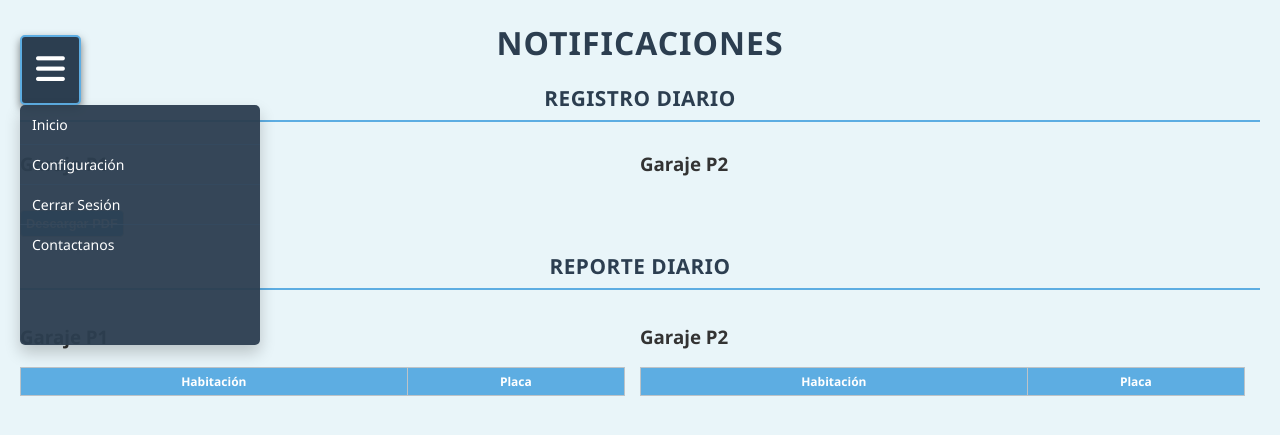
Repository: EddyWebz/base-datos
Page: privado/report.html
These files come from the project's save history. The page is drawn as it stood at one moment and after the next save; the edit follows.
The browser window is 1280 px wide. The pictures show the whole page.
After loading, the first visible `button.menu-icon` was clicked once.
The page's requests for data from a server got no answer.

Above is the page before, as saved 2024-08-29 19:33:32.

### privado/report.html
<!DOCTYPE html>
<html lang="es">
<head>
    <meta charset="UTF-8">
    <meta name="viewport" content="width=device-width, initial-scale=1, maximum-scale=1, user-scalable=no"> <!-- Desactiva el zoom -->
    <title>Notificaciones y Reportes de Vehículos</title>
    <!-- Vinculación al archivo CSS de notificaciones -->
    <link rel="apple-touch-icon" sizes="180x180" href="/ico.rep/apple-touch-icon.png">
    <link rel="icon" type="image/png" sizes="32x32" href="/ico.rep/favicon-32x32.png">
    <link rel="icon" type="image/png" sizes="16x16" href="/ico.rep/favicon-16x16.png">
    <link rel="manifest" href="/ico.rep/site.webmanifest">
    <link rel="stylesheet" href="/notif.css">
    <!-- Iconos de Font Awesome -->
    <link rel="stylesheet" href="https://cdnjs.cloudflare.com/ajax/libs/font-awesome/6.0.0-beta3/css/all.min.css">
    <script src="https://cdnjs.cloudflare.com/ajax/libs/html2pdf.js/0.9.2/html2pdf.bundle.min.js"></script>
</head>
<body>
    <!-- Menú desplegable -->
    <div class="dropdown-menu">
        <button class="menu-icon">
            <i class="fas fa-bars"></i> <!-- Ícono de Font Awesome -->
        </button>
        <div class="dropdown-content">
            <a href="#" id="home-link">Inicio</a>
            <a href="#" id="home-link">Configuración</a>
            <a href="#" id="logout-button">Cerrar Sesión</a>
            <a href="#" id="home-link">Contactanos</a>
        </div>
    </div>

    <!-- Encabezado de la página -->
    <header>
        <h1>Notificaciones</h1>
    </header>

    <!-- Sección de Notificaciones Activas -->
    <section id="notificaciones">
        <h2>Registro Diario</h2>
        <div class="notificaciones-garajes">
            <div class="garaje">
                <h3>Garaje P1</h3>
                <div id="notificaciones-contenedor-P1" class="notificaciones-contenedor">
                    <!-- Las notificaciones dinámicas de P1 se insertarán aquí -->
                </div>
            </div>
            <div class="garaje">
                <h3>Garaje P2</h3>
                <div id="notificaciones-contenedor-P2" class="notificaciones-contenedor">
                    <!-- Las notificaciones dinámicas de P2 se insertarán aquí -->
                </div>
            </div>
        </div>
    </section>

    <!-- Sección de Reportes -->
    <form id="form-reporte">
        <!-- Botón de Imprimir -->
        <button type="button" id="btn-imprimir">Descargar PDF</button>
    </form>
    <h2>Reporte Diario</h2>

    <div class="reportes-garajes" id="Imprimir">
        <div class="garaje">
            <h3>Garaje P1</h3>
            <table id="tabla-reporte-P1" class="compact-table">
                <thead>
                    <tr>
                        <th>Habitación</th>
                        <th>Placa</th>
                    </tr>
                </thead>
                <tbody>
                    <!-- Las filas de datos se insertarán dinámicamente aquí -->
                </tbody>
            </table>
        </div>

        <div class="garaje">
            <h3>Garaje P2</h3>
            <table id="tabla-reporte-P2" class="compact-table">
                <thead>
                    <tr>
                        <th>Habitación</th>
                        <th>Placa</th>
                    </tr>
                </thead>
                <tbody>
                    <!-- Las filas de datos se insertarán dinámicamente aquí -->
                </tbody>
            </table>
        </div>
    </div>

    <!-- Vinculación al archivo JavaScript de notificaciones y reportes -->
    <script src="/report.js"></script>
</body>
</html>

### BASE-2/notif.css
/* Estilos Generales */
body {
    font-family: 'Segoe UI', Tahoma, Geneva, Verdana, sans-serif;
    background-color: #e9f5f9; /* Un fondo azul claro suave */
    color: #333;
    margin: 20px;
    padding: 0;
    box-sizing: border-box;
}

/* Encabezado */
header h1 {
    text-align: center;
    color: #2c3e50;
    font-size: 2em;
    margin-bottom: 20px;
    text-transform: uppercase;
    letter-spacing: 1px;
    animation: fadeIn 1s ease-in-out;
}

/* Estilo unificado para h2 */
h2 {
    color: #2c3e50; /* Un color azul oscuro */
    font-size: 1.3em; /* Tamaño de fuente ajustado */
    font-weight: bold;
    text-align: center; /* Centrar los títulos */
    margin-top: 15px;
    margin-bottom: 15px;
    padding-bottom: 8px;
    border-bottom: 2px solid #5dade2; /* Añadir un borde inferior para separar visualmente */
    letter-spacing: 0.5px;
    text-transform: uppercase; /* Convertir a mayúsculas para consistencia */
    animation: fadeIn 1s ease-in-out;
}

/* Sección de Notificaciones */
#notificaciones h2 {
    margin-bottom: 10px;
    animation: fadeIn 1s ease-in-out;
}

.notificaciones-garajes {
    display: flex;
    justify-content: space-between; /* Permite que los contenedores de garaje ocupen todo el ancho */
}

.garaje {
    flex: 1;
    margin-right: 15px; /* Reducir espacio entre columnas de garajes */
}

.notificaciones-contenedor {
    display: flex;
    flex-direction: column;
    gap: 3px; /* Reducir el espacio entre notificaciones */
    animation: slideInUp 0.5s ease-in-out;
}

.notificacion {
    background-color: #ffffff;
    border-left: 3px solid #5dade2; /* Azul suave para el borde */
    padding: 3px; /* Reducir padding interno */
    box-shadow: 0 2px 4px rgba(0, 0, 0, 0.1);
    border-radius: 4px;
    width: 100%;  /* Ocupa todo el ancho disponible */
    transition: transform 0.3s ease, box-shadow 0.3s ease;
    cursor: pointer;
    font-size: 0.9em; /* Reducir tamaño de la fuente */
}

.notificacion:hover {
    transform: translateY(-2px);
    box-shadow: 0 4px 6px rgba(0, 0, 0, 0.15);
}

/* Botón Descargar PDF */
button {
    padding: 8px 16px; /* Reducir tamaño del botón */
    background-color: #3498db;
    border: none;
    border-radius: 5px;
    color: white;
    font-weight: bold;
    cursor: pointer;
    transition: background-color 0.3s ease;
    margin-top: 15px; /* Agregar margen superior para separarlo del contenido */
}

button:hover {
    background-color: #2980b9;
}

/* Sección de Reportes */
#reportes h2 {
    margin-bottom: 10px;
    animation: fadeIn 1s ease-in-out;
}

#form-reporte {
    display: flex;
    flex-wrap: wrap;
    gap: 10px;
    margin-bottom: 10px;
}

#form-reporte input, #form-reporte button {
    padding: 5px;
    border-radius: 4px;
    border: 1px solid #bdc3c7;
    font-size: 0.8em;
}

#form-reporte button {
    background-color: #3498db; /* Azul suave para el botón */
    color: #ffffff;
    cursor: pointer;
    transition: background-color 0.3s ease, transform 0.3s ease;
}

#form-reporte button:hover {
    background-color: #2980b9; /* Azul más oscuro al pasar el ratón */
    transform: translateY(-2px);
}

/* Tablas de Reportes */
.reportes-garajes {
    display: flex;
    justify-content: space-between; /* Permite que las tablas de garaje ocupen todo el ancho */
}

.compact-table {
    width: 100%;
    border-collapse: collapse;
    margin-bottom: 15px; /* Reducir espacio inferior */
    font-size: 0.75em; /* Reducir tamaño de la fuente */
}

.compact-table th, .compact-table td {
    border: 1px solid #bdc3c7;
    padding: 5px; /* Reducir padding */
    text-align: center;
    background-color: #f2f6f9; /* Azul claro suave */
    color: #2c3e50;
    transition: background-color 0.3s ease;
}

.compact-table th {
    background-color: #5dade2; /* Azul suave para encabezados */
    color: white;
}

.compact-table tr:nth-child(even) {
    background-color: #ecf7fa; /* Azul aún más claro */
}

.compact-table tr:hover {
    background-color: #d0e9f5; /* Color al pasar el ratón */
}

/* Estilo del menú desplegable */
.dropdown-menu {
    position: absolute;
    top: 20px;
    left: 20px;
    z-index: 1000;
}

.menu-icon {
    background-color: #2c3e50;
    color: #ffffff;
    border: 2px solid #5dade2;
    padding: 8px;
    border-radius: 5px;
    cursor: pointer;
    font-size: 18px;
    transition: padding 0.6s cubic-bezier(0.4, 0.0, 0.2, 1),
                font-size 0.6s cubic-bezier(0.4, 0.0, 0.2, 1),
                background-color 0.6s ease,
                transform 0.6s cubic-bezier(0.4, 0.0, 0.2, 1);
    box-shadow: 0 4px 8px rgba(0, 0, 0, 0.5);
    transform: rotate(0deg);
}

@media (min-width: 792px) {
    .menu-icon {
        padding: 14px;
        font-size: 33px;
    }

    .dropdown-content {
        min-width: 240px;
        min-height: 240px;
        transform: translateY(-20px); /* Mantén la posición correcta en estado inicial */
    }

    .dropdown-content a {
        padding: 15px 18px; /* Aumentar padding de los enlaces */
        font-size: px; /* Aumentar tamaño de la fuente */
    }

    .dropdown-content.show {
        opacity: 1;
        visibility: visible;
        transform: translateY(0);
        min-width: 240px; /* Mantener el tamaño correcto durante la apertura */
        min-height: 240px;
    }

    .dropdown-content.hide {
        opacity: 0;
        visibility: hidden;
        transform: translateY(-20px); /* Mantener el tamaño correcto durante la salida */
        min-width: 240px;
        min-height: 240px;
    }
}


/* Estilo del contenido desplegable con animación */
.dropdown-content, .dropdown-content.show, .dropdown-content.hide {
    transition: opacity 0.6s cubic-bezier(0.4, 0.0, 0.2, 1),
                transform 0.6s cubic-bezier(0.4, 0.0, 0.2, 1),
                visibility 0.6s;
}

.dropdown-content {
    position: absolute;
    left: 0;
    top: 100%;
    background-color: rgba(44, 62, 80, 0.95);
    box-shadow: 0px 8px 16px 0px rgba(0,0,0,0.2);
    border-radius: 5px;
    z-index: 1001;
    opacity: 0;
    visibility: hidden;
    transform: translateY(-20px);
}

.dropdown-content.show {
    opacity: 1;
    visibility: visible;
    transform: translateY(0);
}

.dropdown-content a {
    color: #ffffff;
    padding: 10px 12px;
    text-decoration: none;
    display: block;
    transition: background-color 0.4s ease;
    border-bottom: 1px solid #34495e;
    font-size: 14px;
}

.dropdown-content a:last-child {
    border-bottom: none;
}

.dropdown-content a:hover {
    background-color: #5dade2;
}

/* Animaciones */
@keyframes fadeIn {
    0% { opacity: 0; }
    100% { opacity: 1; }
}

@keyframes slideInUp {
    0% {
        transform: translateY(30px);
        opacity: 0;
    }
     100% {
        transform: translateY(0);
        opacity: 1;
    }
}

/* Estilos específicos para impresión */
@media print {
    body {
        background-color: white; /* Asegura un fondo blanco para la impresión */
        color: black; /* Asegura que el texto sea negro */
    }

    #reportes h2, #reportes h3 {
        color: black; /* Asegura que los títulos sean visibles */
        margin: 0;
        padding: 0;
    }

    #reportes table {
        width: 100%;
        border-collapse: collapse;
    }

    /* Reducir tamaño de fuente y padding en celdas */
    #reportes th, #reportes td {
        border: 1px solid #000;
        padding: 2px; /* Reducir padding para más contenido por página */
        text-align: center;
        height: 6px;
        font-size: 12px;
        background-color: white;
        color: black;
    }

    #reportes th {
        background-color: #ddd;
        color: black;
    }

    #reportes td {
        color: black;
    }

    /* Ocultar elementos no necesarios en la impresión */
    button, #form-reporte {
        display: none;
    }

    /* Ajuste para impresión en una sola página */
    #reportes {
        page-break-before: always;
    }
}

### BASE-2/report.js
document.addEventListener('DOMContentLoaded', () => {
    actualizarNotificaciones();
    generarReporteAutomatico(); // Generar el reporte automáticamente al cargar la página

    // Configurar auto-actualización cada 5 minutos para notificaciones y reporte
    setInterval(actualizarNotificaciones,  1 * 60 * 60 * 1000);
    setInterval(generarReporteAutomatico,  1 * 60 * 60 * 1000);

    // Configurar botón de impresión/descarga
    document.getElementById('btn-imprimir').addEventListener('click', imprimirReporte);

    // Redirección al hacer clic en el enlace "Inicio"
    const homeLink = document.getElementById('home-link');
    homeLink.addEventListener('click', () => {
        window.location.href = '/privado/cuerpo.html';
    });

    // Lógica para cerrar sesión
    const logoutButton = document.getElementById('logout-button');
    logoutButton.addEventListener('click', async () => {
        const response = await fetch('/logout', {
            method: 'POST',
            headers: {
                'Content-Type': 'application/json'
            }
        });

        if (response.ok) {
            window.location.href = '/login'; // Redirigir a la página de inicio de sesión después de cerrar sesión
        } else {
            alert('Error al cerrar sesión. Inténtalo de nuevo.');
        }
    });

    // ---- FUNCIONES DE INTERACCIÓN PARA EL MENÚ ----
    const menuIcon = document.querySelector('.menu-icon');
    const dropdownContent = document.querySelector('.dropdown-content');

    menuIcon.addEventListener('click', () => {
        dropdownContent.classList.toggle('show');
        menuIcon.classList.toggle('open');
    });

    window.addEventListener('click', (e) => {
        if (!menuIcon.contains(e.target) && !dropdownContent.contains(e.target)) {
            dropdownContent.classList.remove('show');
            menuIcon.classList.remove('open');
        }
    });
});

// Resto del código...

// Función para obtener y actualizar las notificaciones activas
function actualizarNotificaciones() {
    fetch('/api/notas/notificaciones')
        .then(response => response.json())
        .then(data => {
            console.log('Notificaciones recibidas:', data); // Para depuración

            const contenedorP1 = document.getElementById('notificaciones-contenedor-P1');
            const contenedorP2 = document.getElementById('notificaciones-contenedor-P2');
            contenedorP1.innerHTML = ''; // Limpiar contenido previo
            contenedorP2.innerHTML = ''; // Limpiar contenido previo

            data.P1.forEach(notificacion => {
                const div = document.createElement('div');
                div.classList.add('notificacion');
                div.innerHTML = `<p><strong>Habitación:</strong> ${notificacion.habitacion} <strong>Placa:</strong> ${notificacion.plate}</p>`;
                contenedorP1.appendChild(div);
            });

            data.P2.forEach(notificacion => {
                const div = document.createElement('div');
                div.classList.add('notificacion');
                div.innerHTML = `<p><strong>Habitación:</strong> ${notificacion.habitacion} <strong>Placa:</strong> ${notificacion.plate}</p>`;
                contenedorP2.appendChild(div);
            });
        })
        .catch(error => console.error('Error al obtener notificaciones:', error));
}

// Función para generar y actualizar el reporte automático de vehículos en garaje
function generarReporteAutomatico() {
    fetch('/api/notas/reportes')
        .then(response => response.json())
        .then(data => {
            console.log('Datos del reporte recibidos:', data); // Para depuración

            const tbodyP1 = document.getElementById('tabla-reporte-P1').querySelector('tbody');
            const tbodyP2 = document.getElementById('tabla-reporte-P2').querySelector('tbody');
            tbodyP1.innerHTML = ''; // Limpiar contenido previo
            tbodyP2.innerHTML = ''; // Limpiar contenido previo

            data.P1.forEach(registro => {
                const tr = document.createElement('tr');
                tr.innerHTML = `<td>${registro.habitacion}</td><td>${registro.plate}</td>`;
                tbodyP1.appendChild(tr);
            });

            data.P2.forEach(registro => {
                const tr = document.createElement('tr');
                tr.innerHTML = `<td>${registro.habitacion}</td><td>${registro.plate}</td>`;
                tbodyP2.appendChild(tr);
            });
        })
        .catch(error => console.error('Error al generar el reporte:', error));
}

// Función para imprimir o descargar el reporte como PDF
function imprimirReporte() {
    // Verificar si la página ya ha sido recargada
    if (!window.location.hash) {
        window.location = window.location + '#imprimir';
        window.location.reload();
    } else {
        // Si ya ha sido recargada, procede a imprimir solo la parte del reporte
        const printContents = document.getElementById('Imprimir').innerHTML;
        const originalContents = document.body.innerHTML;

        document.body.innerHTML = printContents;
        window.print();
        document.body.innerHTML = originalContents;

        // Esto es para evitar que la URL tenga el hash #imprimir
        window.history.replaceState('', document.title, window.location.pathname);
    }
}

// Refrescar la página después de cerrar el cuadro de diálogo de impresión
window.addEventListener('afterprint', function() {
    window.location.reload();
});

After the next save:
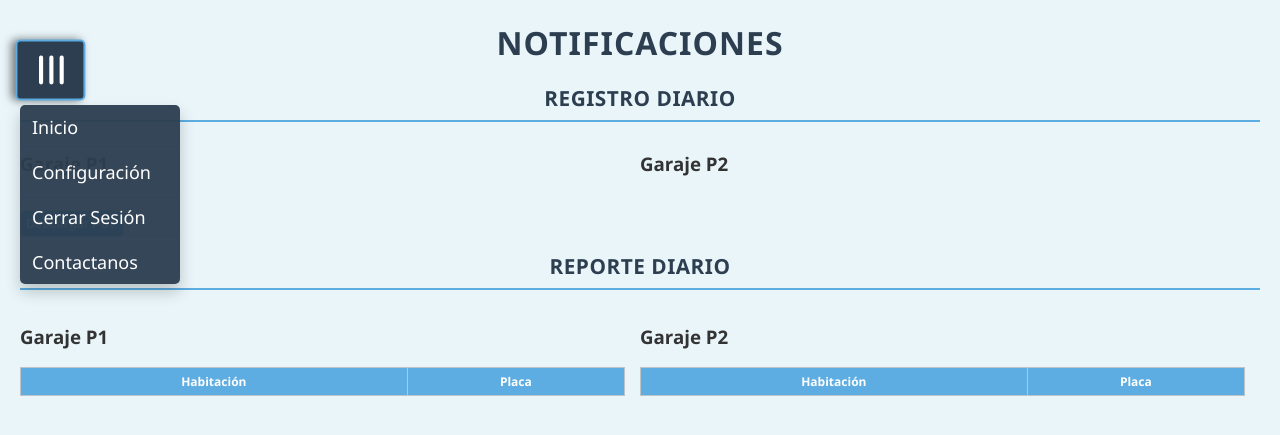
Saved 17 min 53 s later.
--- a/BASE-2/notif.css
+++ b/BASE-2/notif.css
@@ -182,65 +182,62 @@ button:hover {
     transform: rotate(0deg);
 }
 
+/* Aumentar tamaño en pantallas grandes */
 @media (min-width: 792px) {
     .menu-icon {
         padding: 14px;
         font-size: 33px;
     }
 
-    .dropdown-content {
-        min-width: 240px;
-        min-height: 240px;
-        transform: translateY(-20px); /* Mantén la posición correcta en estado inicial */
-    }
-
     .dropdown-content a {
-        padding: 15px 18px; /* Aumentar padding de los enlaces */
-        font-size: px; /* Aumentar tamaño de la fuente */
-    }
-
-    .dropdown-content.show {
-        opacity: 1;
-        visibility: visible;
-        transform: translateY(0);
-        min-width: 240px; /* Mantener el tamaño correcto durante la apertura */
-        min-height: 240px;
-    }
-
-    .dropdown-content.hide {
-        opacity: 0;
-        visibility: hidden;
-        transform: translateY(-20px); /* Mantener el tamaño correcto durante la salida */
-        min-width: 240px;
-        min-height: 240px;
-    }
-}
-
+        font-size: 18px; /* Aumentar tamaño del texto en pantallas grandes */
+        padding: 12px 14px; /* Aumentar padding para mayor espacio en el enlace */
+    }
+}
+
+.menu-icon:hover {
+    background-color: #34495e;
+    transform: scale(1.1);
+}
+
+.menu-icon.open {
+    transform: rotate(90deg);
+    transition: transform 0.6s cubic-bezier(0.4, 0.0, 0.2, 1);
+}
 
 /* Estilo del contenido desplegable con animación */
-.dropdown-content, .dropdown-content.show, .dropdown-content.hide {
-    transition: opacity 0.6s cubic-bezier(0.4, 0.0, 0.2, 1),
-                transform 0.6s cubic-bezier(0.4, 0.0, 0.2, 1),
-                visibility 0.6s;
-}
-
 .dropdown-content {
+    display: none;
     position: absolute;
     left: 0;
     top: 100%;
     background-color: rgba(44, 62, 80, 0.95);
+    min-width: 160px;
     box-shadow: 0px 8px 16px 0px rgba(0,0,0,0.2);
     border-radius: 5px;
     z-index: 1001;
     opacity: 0;
-    visibility: hidden;
     transform: translateY(-20px);
+    transition: opacity 0.8s cubic-bezier(0.4, 0.0, 0.2, 1),
+                transform 0.8s cubic-bezier(0.4, 0.0, 0.2, 1);
 }
 
 .dropdown-content.show {
+    display: block;
     opacity: 1;
-    visibility: visible;
     transform: translateY(0);
+}
+
+.dropdown-content.hide {
+    opacity: 0;
+    transform: translateY(-20px);
+    transition: opacity 0.8s cubic-bezier(0.4, 0.0, 0.2, 1),
+                transform 0.8s cubic-bezier(0.4, 0.0, 0.2, 1);
+}
+
+/* Al finalizar la animación, ocultar el menú */
+.dropdown-content.hide {
+    display: none;
 }
 
 .dropdown-content a {
@@ -250,7 +247,6 @@ button:hover {
     display: block;
     transition: background-color 0.4s ease;
     border-bottom: 1px solid #34495e;
-    font-size: 14px;
 }
 
 .dropdown-content a:last-child {
@@ -272,7 +268,7 @@ button:hover {
         transform: translateY(30px);
         opacity: 0;
     }
-     100% {
+    100% {
         transform: translateY(0);
         opacity: 1;
     }
@@ -287,8 +283,6 @@ button:hover {
 
     #reportes h2, #reportes h3 {
         color: black; /* Asegura que los títulos sean visibles */
-        margin: 0;
-        padding: 0;
     }
 
     #reportes table {
@@ -299,10 +293,10 @@ button:hover {
     /* Reducir tamaño de fuente y padding en celdas */
     #reportes th, #reportes td {
         border: 1px solid #000;
-        padding: 2px; /* Reducir padding para más contenido por página */
+        padding: 0px;
         text-align: center;
         height: 6px;
-        font-size: 12px;
+        font-size: 10px;
         background-color: white;
         color: black;
     }
